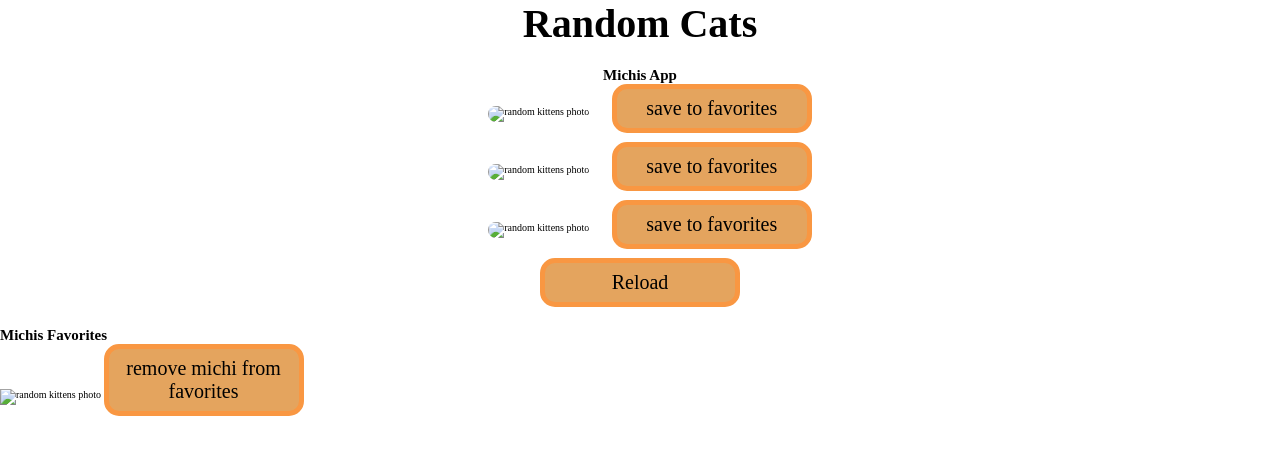
Repository: elto82/ConsumoAPIRESTjs
Page: index.html
An editor plug-in stored every save of this project. The page is shown before and after the next save, followed by the edit.
The browser window is 1280 px wide. The pictures show the whole page.
The page's requests for data from a server got no answer.

Above is the page before, as saved 2022-07-02 20:16:18.

After the next save:
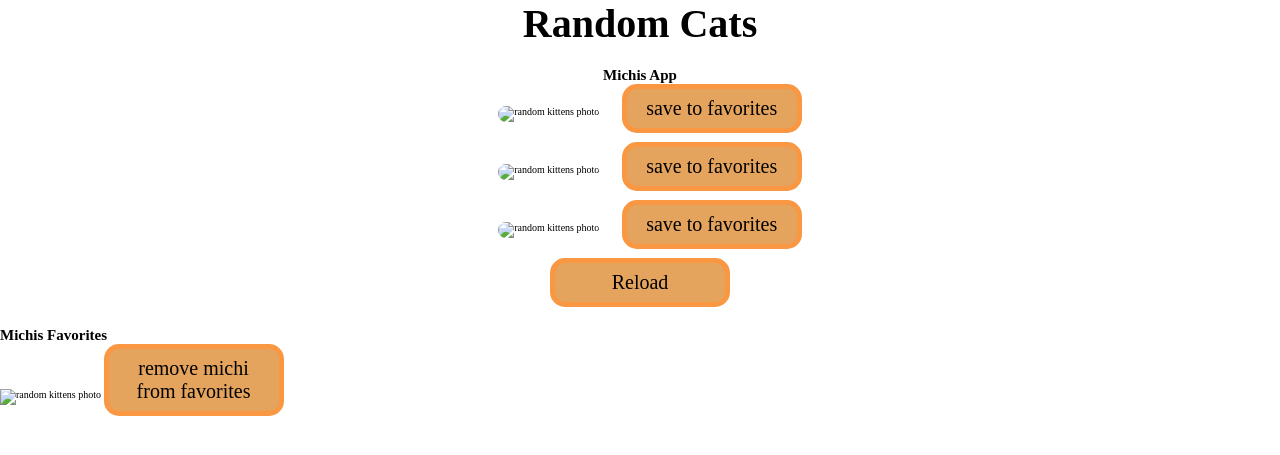
Saved 27 s later.
--- a/style.css
+++ b/style.css
@@ -38,7 +38,7 @@
   font-family: 'Pacifico', cursive;
   font-size: 2rem;
   padding: 0.8rem;
-  width: 200px;
+  width: 18rem;
   height: auto;
 }
 .random-cat-button:hover {

After the save that followed:
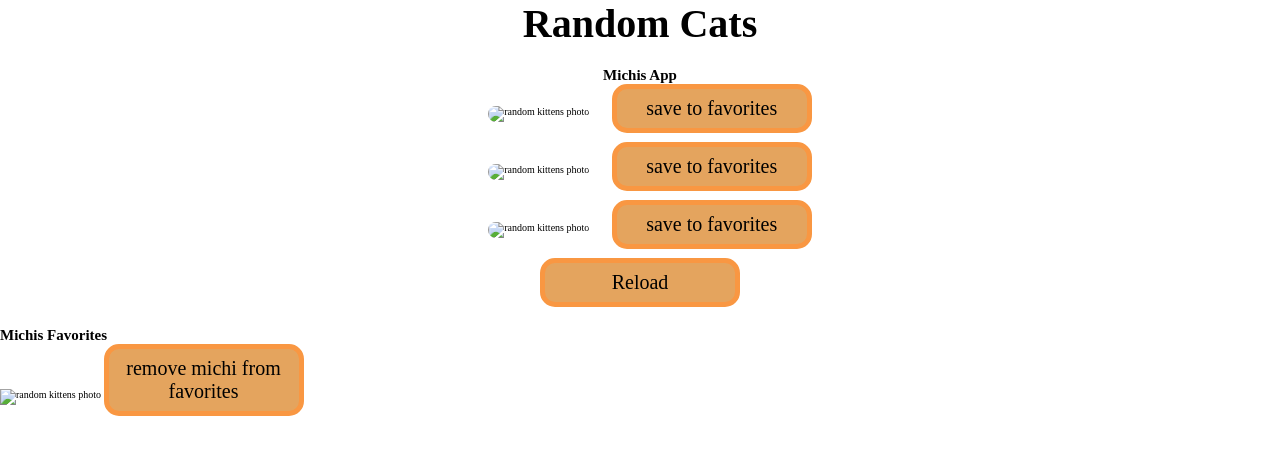
Saved 12 s later.
--- a/style.css
+++ b/style.css
@@ -38,7 +38,7 @@
   font-family: 'Pacifico', cursive;
   font-size: 2rem;
   padding: 0.8rem;
-  width: 18rem;
+  width: 20rem;
   height: auto;
 }
 .random-cat-button:hover {
